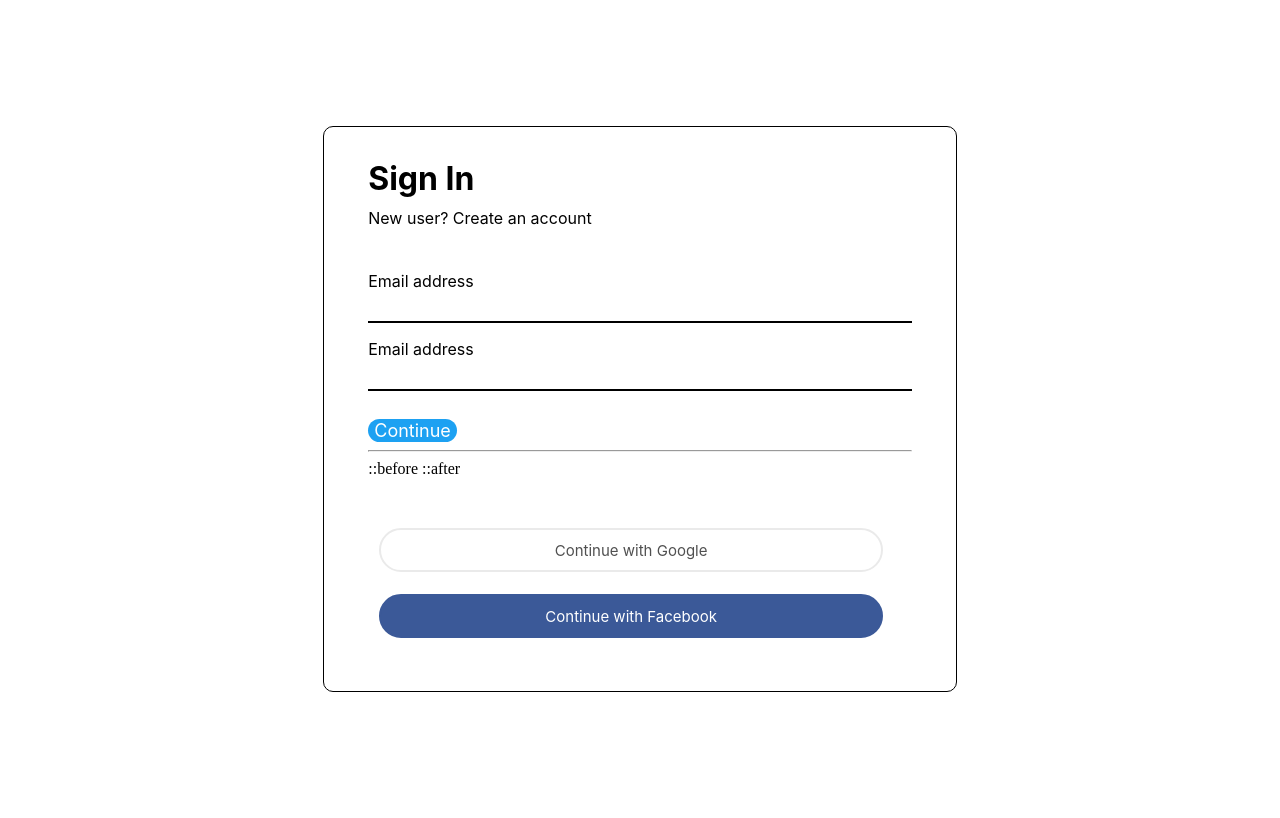
Repository: thangluu93/WereWolf
Page: Template/signIn.html
The author's editor kept a copy of each file at every save. The page is drawn from the files as they stood at one save, then again after the next save.
The browser window is 1280 px wide. The pictures show the whole page.

Above is the page before, as saved 2020-01-13 14:10:34.

### Template/signIn.html
<html>

<head>
    <title>Onion ID</title>
    <link rel="stylesheet" href="../Stylesheet/signInStyle.css">
</head>

<body id="body1">
    <div class="container" id="container1">
        <div class="containerBody" id="containerBody1">
            <div class="border" id="border1">
                <div class="content" id="content1">
                    <div class="contentHeader">
                        <h1 class="Heading">Sign In</h1>
                        <p class="subHead">New user? Create an account</p>
                    </div>
                    <div >
                        <div class="fieldContainer" >
                            <div >
                                <p style="margin-bottom: 0;"> Email address </p>
                                <input type="email" class="field">
                            </div>
                            <div >
                                <p style="margin-bottom: 0;"> Email address </p>
                                <input type="email" class="field">
                            </div>
                        </div>
                        <div class="emailContinue">
                            <button class="emailContinueBtn ">
                                <span>Continue</span>
                            </button>
                        </div>
                    </div>
                    <div class="contentFooter">
                        <hr data-content="or">
                        ::before
                        ::after
                        </hr>
                        <div class="socialSignIn" id="socialSignIn1">
                            <a href="" class="googleSignIn">
                                <!-- <svg viewBox="0 0 1152 1152" focusable="false" aria-hidden="true" role="img"
                                class="googleIconSvg">
                                <path
                                    d="M1055.994 594.42a559.973 559.973 0 0 0-8.86-99.684h-458.99V683.25h262.28c-11.298 60.918-45.633 112.532-97.248 147.089v122.279h157.501c92.152-84.842 145.317-209.78 145.317-358.198z"
                                    fill="#4285f4"></path>
                                <path
                                    d="M588.144 1070.688c131.583 0 241.9-43.64 322.533-118.07l-157.5-122.28c-43.64 29.241-99.463 46.52-165.033 46.52-126.931 0-234.368-85.728-272.691-200.919H152.636v126.267c80.19 159.273 245 268.482 435.508 268.482z"
                                    fill="#34a853"></path>
                                <path
                                    d="M315.453 675.94a288.113 288.113 0 0 1 0-185.191V364.482H152.636a487.96 487.96 0 0 0 0 437.724z"
                                    fill="#fbbc05"></path>
                                <path
                                    d="M588.144 289.83c71.551 0 135.792 24.589 186.298 72.88l139.78-139.779C829.821 144.291 719.504 96 588.143 96c-190.507 0-355.318 109.21-435.508 268.482L315.453 490.75c38.323-115.19 145.76-200.919 272.691-200.919z"
                                    fill="#ea4335"></path>
                            </svg> -->
                                <span>Continue with Google</span>
                            </a>
                            <a href="" class="facebookSignIn">
                                <!-- <svg viewBox="0 0 1152 1152" class="facebookIconSvg" aria-hidden="true" data-prefix="fab" data-icon="facebook-f"
                                role="img" xmlns="http://www.w3.org/2000/svg" viewBox="0 0 264 512" data-fa-i2svg="">
                                <path fill="currentColor"
                                    d="M76.7 512V283H0v-91h76.7v-71.7C76.7 42.4 124.3 0 193.8 0c33.3 0 61.9 2.5 70.2 3.6V85h-48.2c-37.8 0-45.1 18-45.1 44.3V192H256l-11.7 91h-73.6v229">
                                </path>
                            </svg> -->
                                <span>Continue with Facebook</span>

                            </a>

                        </div>
                    </div>
                </div>

            </div>
        </div>
    </div>
</body>

</html>

### Stylesheet/signInStyle.css
.containerBody{
    margin: 0;
    padding: 0;
    width: 100%;
}

#containerBody1{
  width: 100%;

}

#content1{

    display: flex;
    flex-direction: column;


}

.content{
    height: 90%;
    padding: 5% 7% 7% 7%;
}

.border{
    width: 50%;
    height: 80%;
}

#border1{
    border: 1px solid black;
    border-radius: 10px;   ;

    margin: 10% auto;
    justify-content: center;
    align-items: center;

}

.socialSignIn a{
    margin: 2%;
    width: 92%;
    height: 2.5rem;
    display: flex;
    align-items: center;
    justify-content: center;
    font-size: 15px;
}

.socialSignIn{
    margin-top: 2.5rem;
}

#socialSignIn1{
    display: flex;
    flex-direction: column;
}

.googleSignIn,.facebookSignIn,.twitterSignIn{
    border: 2px;
    border-style: solid;
    border-radius: 100px;
}

.subHead{
    margin: 10px 0 0 0;
}

.heading{
    margin: 0;
}

p {
    font-family: adobe-clean,"Source Sans Pro",-apple-system,BlinkMacSystemFont,"Segoe UI",Roboto,sans-serif;
}

h1{
    font-family: adobe-clean,"Source Sans Pro",-apple-system,BlinkMacSystemFont,"Segoe UI",Roboto,sans-serif;
    font-size: 32px;
}

span{
    font-family: adobe-clean,"Source Sans Pro",-apple-system,BlinkMacSystemFont,"Segoe UI",Roboto,sans-serif;
}

a{
    text-decoration: none;
}

.field{
    width: 100%;
    height: 2rem;
    margin:0;
    border-color: black;
    border-top: 0;
    border-left: 0;
    border-right: 0;
    border-bottom: 2px;
    border-style: solid;
    font-size: 16px;
    outline: none;
}

.fieldContainer{
    margin: 8% 0 5% 0;
}

.emailContinueBtn{
    border-radius: 100px;
    font-size: 18px;
    height: fit-content;
    width: fit-content;
    box-shadow: none;
    background-color: #1da1f2;
    color: white;
    border: none;
    outline: none;
}

.emailContinueBtn{
    display: flex;
    align-items: flex-end;
    flex-direction: column;
}

.googleSignIn{
    border-color: #eaeaea;
    color: #505050;
}

.facebookSignIn{
    border-color:#3b5998;
    background-color: #3b5998;
    color: white;
}

.twitterSignIn{
    color: white;
    border-color: #1da1f2;
    background-color: #1da1f2;
}

After the next save:
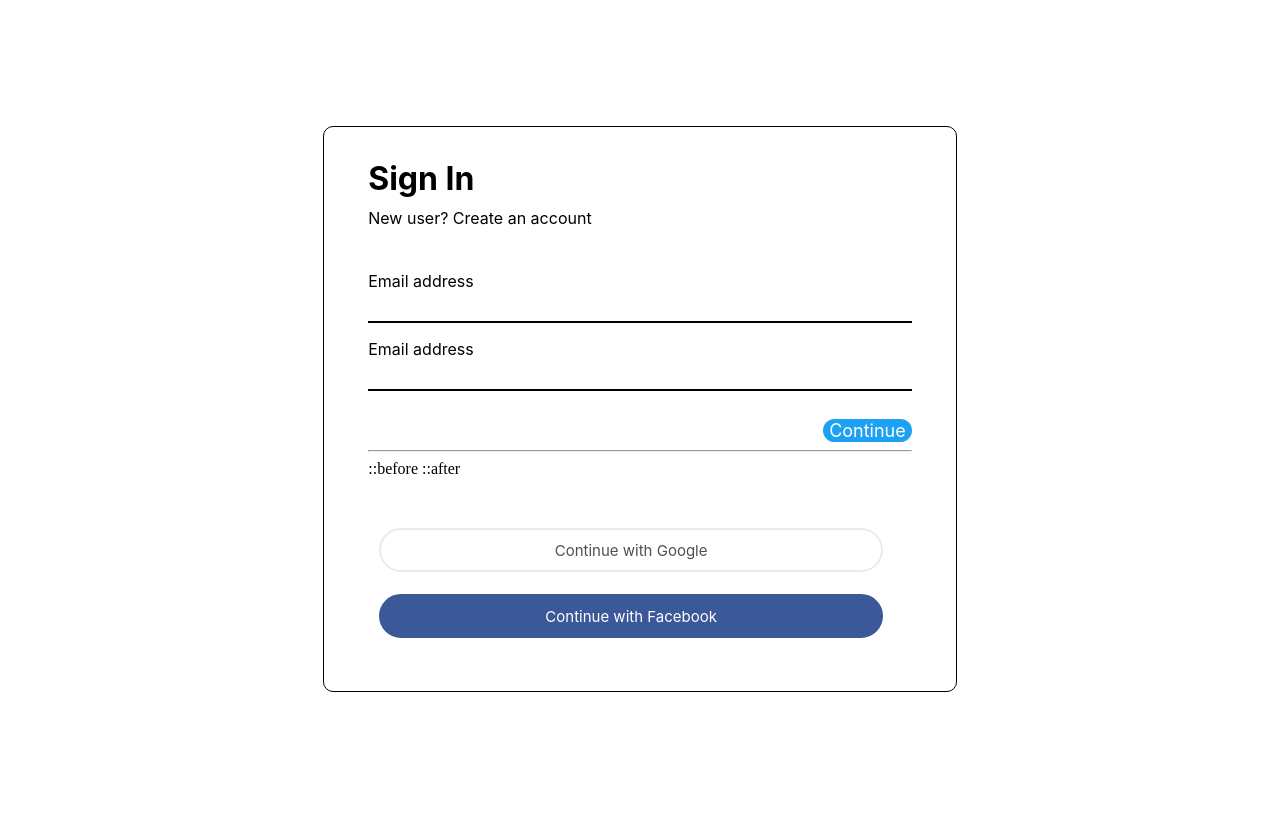
Saved 16 s later.
--- a/Stylesheet/signInStyle.css
+++ b/Stylesheet/signInStyle.css
@@ -117,7 +117,7 @@ a{
     outline: none;
 }
 
-.emailContinueBtn{
+.emailContinue{
     display: flex;
     align-items: flex-end;
     flex-direction: column;
